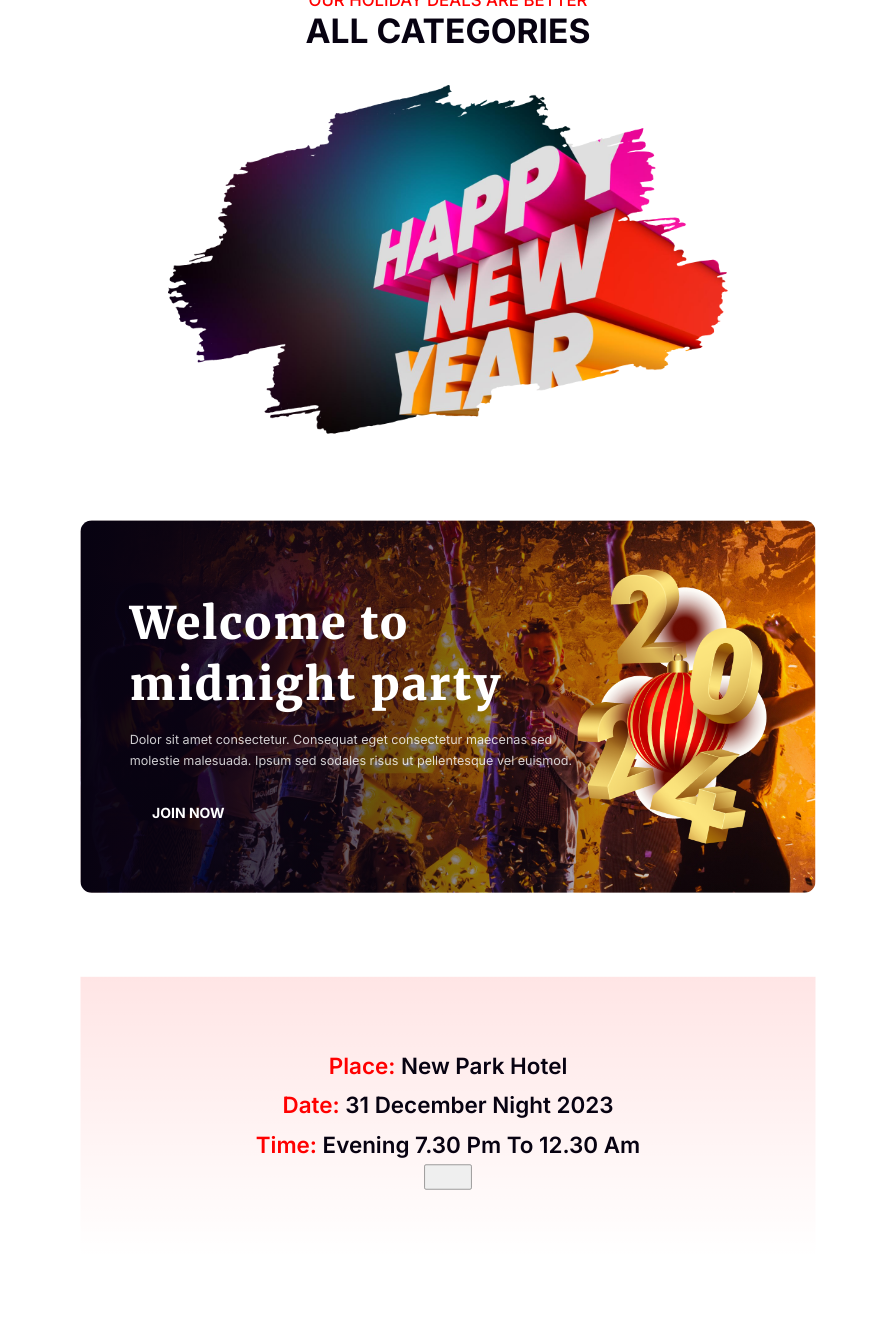
Repository: rahmatahmedrifat/First-Assignment
Page: index.html
An editor plug-in stored every save of this project. The page is shown before and after the next save, followed by the edit.
The browser window is 1280 px wide. The pictures show the part of the page from y = 918 to 2838 px (the page is 2838 px tall), at 70% of full size.

Above is the page before, as saved 2024-01-08 03:57:48.

After the next save:
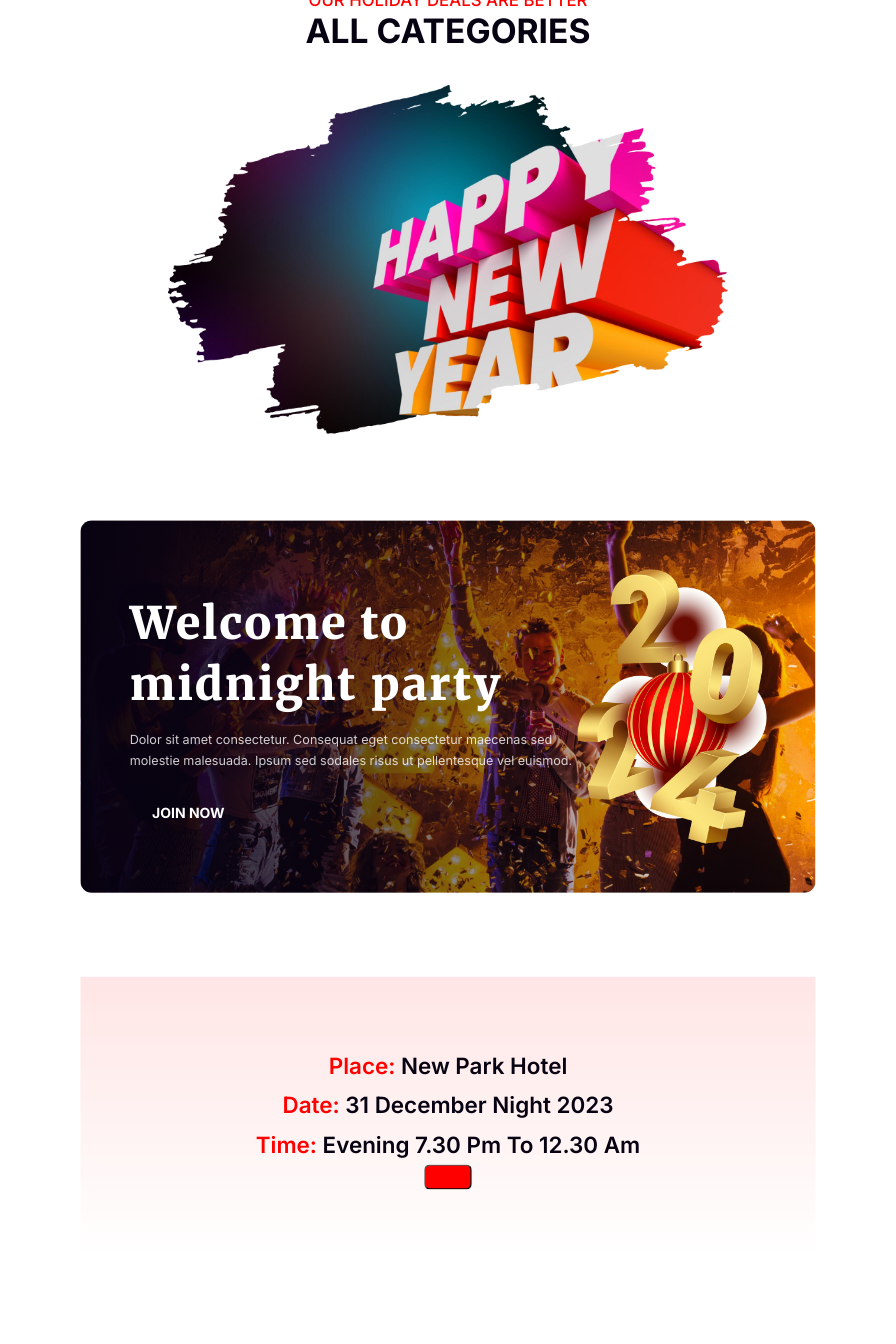
Saved 36 s later.
--- a/Style/style.css
+++ b/Style/style.css
@@ -175,5 +175,7 @@
     color: #FFF;
     text-align: center;
     text-transform: uppercase;
+    border-radius: 8px;
+    background: #F00;
     padding: 16px 32px;
 }
